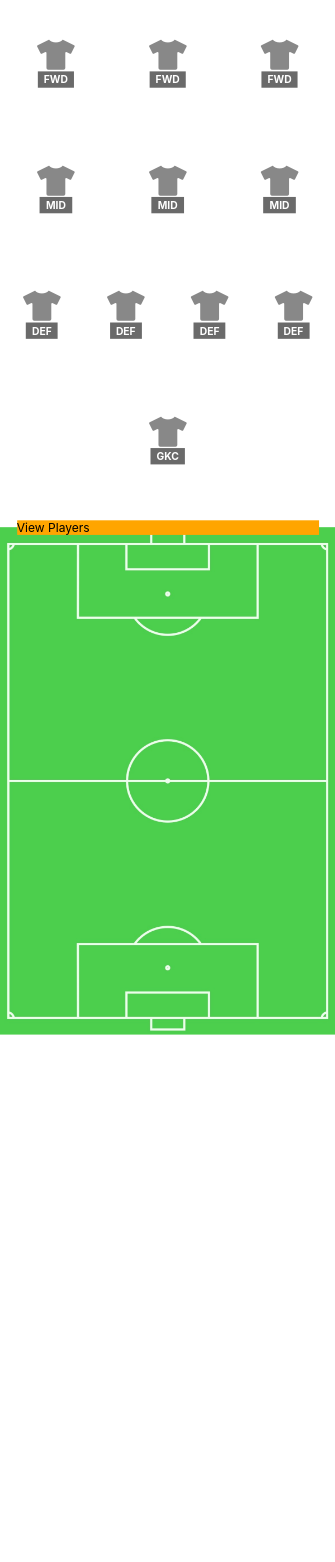
Repository: JavaidAhmadKhan/UEFA
Screen: /
An editor plug-in stored every save of this project. The screen is shown before and after the next save, followed by the edit.
The pictures are shown at 86% of full size.
The app was drawn by React Native's web renderer in a window 390 px wide. The project was rebuilt for these pictures with package versions that can differ from the ones it lists, and the page was loaded fresh each time. Some packages were replaced by stand-ins written for this rebuild.

Above is the screen before, as saved 2021-07-07 11:38:19.

### App.tsx
import "react-native-gesture-handler";
import { StatusBar } from "expo-status-bar";
import React from "react";
import { SafeAreaProvider } from "react-native-safe-area-context";

import useCachedResources from "./hooks/useCachedResources";
import useColorScheme from "./hooks/useColorScheme";
import TabOneScreen from "./screens/TabOneScreen";

export default function App() {
  const isLoadingComplete = useCachedResources();
  const colorScheme = useColorScheme();

  if (!isLoadingComplete) {
    return null;
  } else {
    return (
      <SafeAreaProvider>
        <TabOneScreen />

        <StatusBar />
      </SafeAreaProvider>
    );
  }
}

### screens/TabOneScreen.tsx
import * as React from "react";
import {
  StyleSheet,
  SafeAreaView,
  Platform,
  Pressable,
  Text,
} from "react-native";

import Field from "../components/Field";

export default function TabOneScreen() {
  const viewPlayers = () => {
    console.warn("View Player");
  };

  return (
    <SafeAreaView style={styles.container}>
      <Field />
      <Pressable
        onPress={viewPlayers}
        style={{ backgroundColor: "orange", width: "90%", margin :20 }}
      >
        <Text>View Players</Text>
      </Pressable>
    </SafeAreaView>
  );
}

const styles = StyleSheet.create({
  container: {
    flex: 1,
    alignItems: "center",
    paddingTop: Platform.OS === "android" ? 30 : 0,
  },
});

### components/Field.tsx
import React from "react";
import {
  StyleSheet,
  ImageBackground,
  SafeAreaView,
  Platform,
  Text,
  View,
} from "react-native";

import field from "../assets/images/field.jpg";
import FieldPlayer from "./FieldPlayer";

const players: { [key: string]: null[] } = {
  FWD: [null, null, null],
  MID: [null, null, null],
  DEF: [null, null, null, null],
  GKC: [null],
};

const Field = () => {
  return (
    <ImageBackground
      source={field}
      resizeMode="contain"
      style={{
        width: "100%",
        aspectRatio: 2 / 3,
        justifyContent: "space-around",
        alignItems: "center",
      }}
    >
      {Object.keys(players).map((position) => (
        <View
          style={{
            flexDirection: "row",
            justifyContent: "space-around",
            width: "100%",
          }}
        >
          {players[position].map((player) => (
            <FieldPlayer player={player} position={position} />
          ))}
        </View>
      ))}
    </ImageBackground>
  );
};

export default Field;

### components/FieldPlayer.tsx
import React from "react";
import { View, Text } from "react-native";
import { FontAwesome5 } from "@expo/vector-icons";

type FieldPlayerProps = {
  player: null;
  position: string;
};

const FieldPlayer = (props: FieldPlayerProps) => {
  const { player, position } = props;

  return (
    <View style={{ alignItems: "center" }}>
      <FontAwesome5
        name="tshirt"
        size={35}
        color={player ? "#d170db" : "#5c5c5cbb"}
      />
      <Text
        style={{
          backgroundColor: "#333333bb",
          color: "white",
          fontWeight: "bold",
          fontSize: 12,
          padding: 2,
          paddingHorizontal: 7,
        }}
      >
        {position}
      </Text>
    </View>
  );
};

export default FieldPlayer;

Loaded but not shown: hooks/useCachedResources.ts (common file); hooks/useColorScheme.ts (common file)

After the next save:
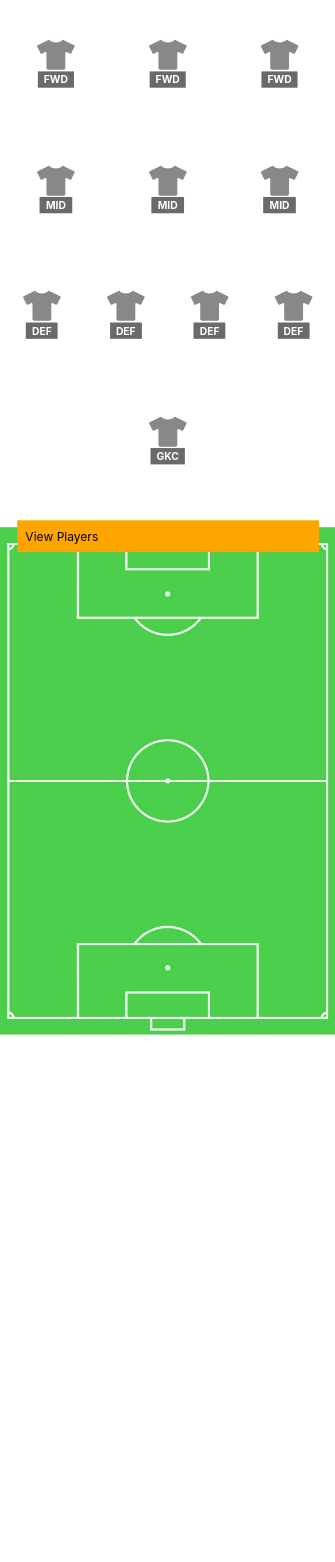
Saved 8 s later.
--- a/screens/TabOneScreen.tsx
+++ b/screens/TabOneScreen.tsx
@@ -19,7 +19,7 @@ export default function TabOneScreen() {
       <Field />
       <Pressable
         onPress={viewPlayers}
-        style={{ backgroundColor: "orange", width: "90%", margin :20 }}
+        style={{ backgroundColor: "orange", width: "90%", margin :20, padding: 10 }}
       >
         <Text>View Players</Text>
       </Pressable>
